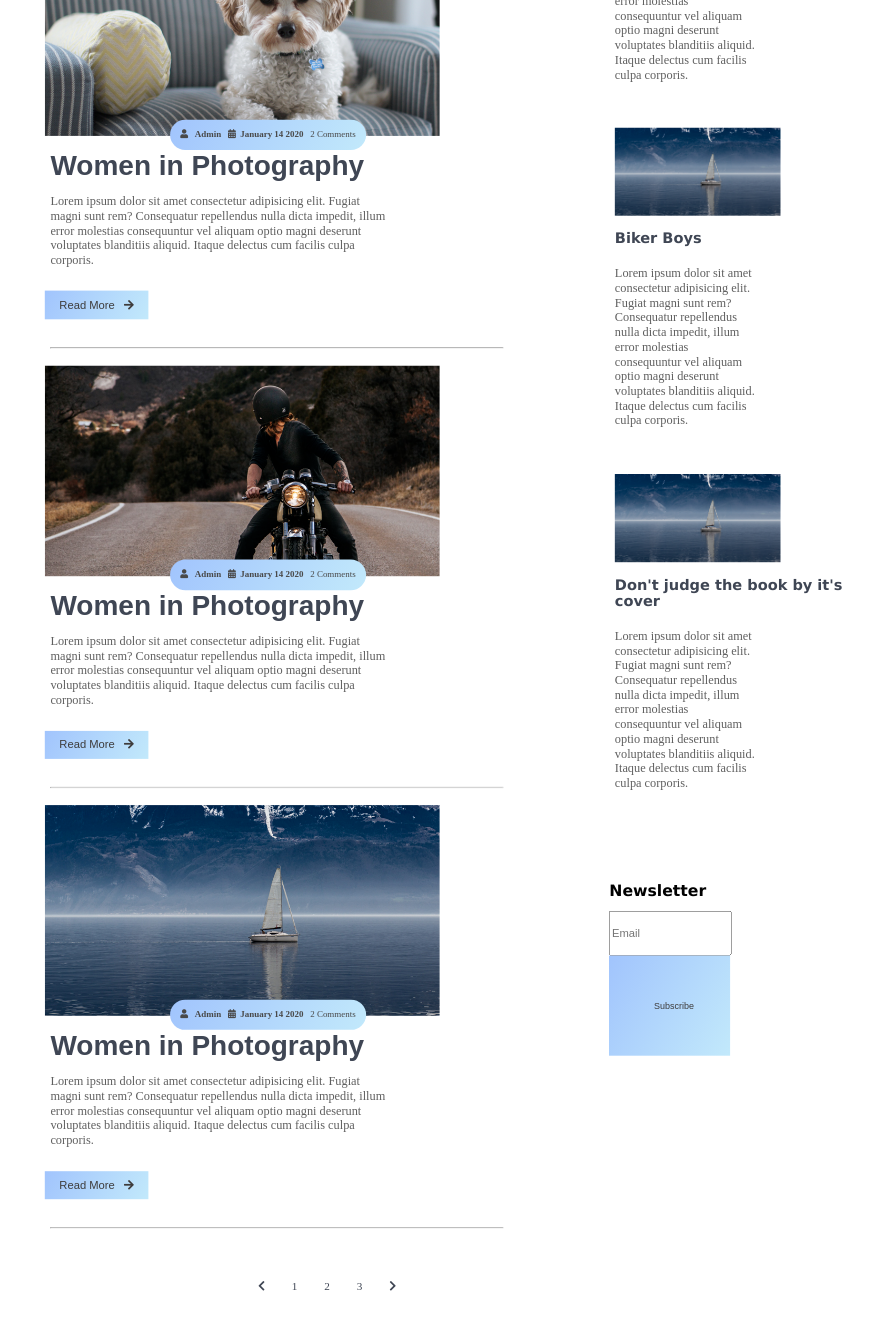
Repository: premjawaharp/Blogsite
Page: index.html
These files come from the project's save history. The page is drawn as it stood at one moment and after a run of saves; the edit follows.
The browser window is 1280 px wide. The pictures show the part of the page from y = 2033 to 3953 px (the page is 3953 px tall), at 70% of full size.

Above is the page before, as saved 2020-09-16 21:29:51.

### index.html
<!DOCTYPE html>
<html lang="en">
<head>
    <meta charset="UTF-8">
    <meta name="viewport" content="width=device-width, initial-scale=1.0">
    <title>Blogger</title>

    <!--Font Awesome style-->
    <link rel="stylesheet" href="css/all.css">

    <!-- Owl Carousel style -->
    <link rel="stylesheet" href="./css/owl.carousel.min.css">
    <link rel="stylesheet" href="./css/owl.theme.default.css">

    <!--Custom style-->
    <link rel="stylesheet" href="css/style.css">
</head>
<body>
    <!------------- Navigation ------------------>
   <nav class="nav">
        <div class="nav-menu flex-row">
            <div class="nav-brand">
                <a href="#" class="text-gray">Premonation</a>
            </div>
            <div class="toggle-collapse">
                <div class="toggle-icons">
                    <i class="fas fa-bars"></i>
                </div>
            </div>
            <div>
                <ul class="nav-items">
                    <li class="nav-link">
                        <a href="#">Home</a>
                    </li>
                    <li class="nav-link">
                        <a href="#">Category</a>
                    </li>
                    <li class="nav-link">
                        <a href="#">Archive</a>
                    </li>
                    <li class="nav-link">
                        <a href="#">Pages</a>
                    </li>
                    <li class="nav-link">
                        <a href="#">Contact Us</a>
                    </li>
                </ul>
            </div>
            <div class="social text-gray">
                    <a href="#"><i class="fab fa-facebook-f"></i></a>
                    <a href="#"><i class="fab fa-instagram"></i></a>
                    <a href="#"><i class="fab fa-twitter"></i></a>
                    <a href="#"><i class="fab fa-youtube"></i></a>
            </div>
        </div>
    </nav>
    <!-----x------- Navigation --------x--------->

    <!-- Main site section -->
    <main>
        <!---- Site title ---->
        <section class="site-title">
            <div class="site-background">
                <h3>Tours & Travels</h3>
                <h1>Amazing Place on Earth</h1>
                <button class="btn">Explore</button>
            </div>
        </section>
        <!-- x Site title x -->
        <!-- Blog Carousel content -->
        <section>
            <div class="blog">
                <div class="container">
                    <div class="owl-carousel owl-theme blogpost">
                        <div class="blog-content">
                            <img src="./assets/Blog-post/post-1.jpg" alt="post1">
                            <div class="blog-title">
                                <h3>London Fashion Week</h3>
                                <button class="btn">Fashion</button>
                            </div>
                        </div>
                        <div class="blog-content">
                            <img src="./assets/Blog-post/post-2.jpg" alt="post2">
                            <div class="blog-title">
                                <h3>London Fashion Week</h3>
                                <button class="btn">Fashion</button>
                            </div>
                        </div>
                        <div class="blog-content">
                            <img src="./assets/Blog-post/post-3.jpg" alt="post3">
                            <div class="blog-title">
                                <h3>London Fashion Week</h3>
                                <button class="btn">Fashion</button>
                            </div>
                        </div>
                        <div class="blog-content">
                            <img src="./assets/Blog-post/post-1.jpg" alt="post1">
                            <div class="blog-title">
                                <h3>London Fashion Week</h3>
                                <button class="btn">Fashion</button>
                            </div>
                        </div>

                    </div>
                    <div class="owl-navigation">
                        <span class="owl-nav-prev"><i class="fas fa-long-arrow-alt-left"></i></span>
                        <span class="owl-nav-next"><i class="fas fa-long-arrow-alt-right"></i></span>
                    </div>
                </div>
            </div>
        </section>
        <!-- x Blog Carousel content x -->

        <!---- Site Content ---->

        <section class="container">
            <div class="site-content">
                <div class="posts">
                    <div class="post-content">
                        <div class="post-image">
                            <div>
                                <img  src="./assets/Blog-post/blog1.png" class="img" alt="blog1">
                            </div>
                            <div class="post-info flex-row">
                                <span><i class="fas fa-user text-gray">&nbsp;&nbsp; Admin</i></span>&nbsp;
                                <span><i class="fas fa-calendar-alt text-gray">&nbsp;&nbsp;January 14 2020</i></span>&nbsp;
                                <span class="text-gray">2 Comments</span>
                            </div>
                        </div>
                        <div class="post-title">
                            <a href="#"><h1>Women in Photography</h1></a>
                            <p>Lorem ipsum dolor sit amet consectetur adipisicing elit.
                                Fugiat magni sunt rem? Consequatur repellendus nulla dicta impedit, illum error molestias consequuntur vel aliquam optio magni deserunt voluptates blanditiis aliquid. Itaque delectus cum facilis culpa corporis.</p>
                        </div>
                        <button class="btn post-btn">Read More &nbsp; <i class="fas fa-arrow-right"></i></button>
                    </div>
                    <hr>
                    <div class="post-content">
                        <div class="post-image">
                            <div>
                                <img  src="./assets/Blog-post/blog2.png" class="img" alt="blog">
                            </div>
                            <div class="post-info flex-row">
                                <span><i class="fas fa-user text-gray">&nbsp;&nbsp; Admin</i></span>&nbsp;
                                <span><i class="fas fa-calendar-alt text-gray">&nbsp;&nbsp;January 14 2020</i></span>&nbsp;
                                <span class="text-gray">2 Comments</span>
                            </div>
                        </div>
                        <div class="post-title">
                            <a href="#"><h1>Women in Photography</h1></a>
                            <p>Lorem ipsum dolor sit amet consectetur adipisicing elit.
                                Fugiat magni sunt rem? Consequatur repellendus nulla dicta impedit, illum error molestias consequuntur vel aliquam optio magni deserunt voluptates blanditiis aliquid. Itaque delectus cum facilis culpa corporis.</p>
                        </div>
                        <button class="btn post-btn">Read More &nbsp; <i class="fas fa-arrow-right"></i></button>
                    </div>
                    <hr>
                    <div class="post-content">
                        <div class="post-image">
                            <div>
                                <img  src="./assets/Blog-post/blog3.png" class="img" alt="blog3">
                            </div>
                            <div class="post-info flex-row">
                                <span><i class="fas fa-user text-gray">&nbsp;&nbsp; Admin</i></span>&nbsp;
                                <span><i class="fas fa-calendar-alt text-gray">&nbsp;&nbsp;January 14 2020</i></span>&nbsp;
                                <span class="text-gray">2 Comments</span>
                            </div>
                        </div>
                        <div class="post-title">
                            <a href="#"><h1>Women in Photography</h1></a>
                            <p>Lorem ipsum dolor sit amet consectetur adipisicing elit.
                                Fugiat magni sunt rem? Consequatur repellendus nulla dicta impedit, illum error molestias consequuntur vel aliquam optio magni deserunt voluptates blanditiis aliquid. Itaque delectus cum facilis culpa corporis.</p>
                        </div>
                        <button class="btn post-btn">Read More &nbsp; <i class="fas fa-arrow-right"></i></button>
                    </div>
                    <hr>
                    <div class="post-content">
                        <div class="post-image">
                            <div>
                                <img  src="./assets/Blog-post/blog4.png" class="img" alt="blog3">
                            </div>
                            <div class="post-info flex-row">
                                <span><i class="fas fa-user text-gray">&nbsp;&nbsp; Admin</i></span>&nbsp;
                                <span><i class="fas fa-calendar-alt text-gray">&nbsp;&nbsp;January 14 2020</i></span>&nbsp;
                                <span class="text-gray">2 Comments</span>
                            </div>
                        </div>
                        <div class="post-title">
                            <a href="#"><h1>Women in Photography</h1></a>
                            <p>Lorem ipsum dolor sit amet consectetur adipisicing elit.
                                Fugiat magni sunt rem? Consequatur repellendus nulla dicta impedit, illum error molestias consequuntur vel aliquam optio magni deserunt voluptates blanditiis aliquid. Itaque delectus cum facilis culpa corporis.</p>
                        </div>
                        <button class="btn post-btn">Read More &nbsp; <i class="fas fa-arrow-right"></i></button>
                    </div>
                    <hr>
                    <div class="pagination flex-row">
                        <a href="#"><i class="fas fa-chevron-left"></i></a>
                        <a href="#" class="page">1</a>
                        <a href="#" class="page">2</a>
                        <a href="#" class="page">3</a>
                        <a href="#" ><i class="fas fa-chevron-right"></i></a>
                    </div>
                </div>
                <aside class="sidebar">
                    <div class="category">
                        <h3>Category</h3>
                        <ul class="category-list">
                            <li class="list-items">
                                <a href="#">Software</a>
                                <span>(05)</span>
                            </li>
                            <li class="list-items">
                                <a href="#">Technology</a>
                                <span>(03)</span>
                            </li>
                            <li class="list-items">
                                <a href="#">Lifestyle</a>
                                <span>(02)</span>
                            </li>
                            <li class="list-items">
                                <a href="#">Shopping</a>
                                <span>(06)</span>
                            </li>
                            <li class="list-items">
                                <a href="#">Food</a>
                                <span>(04)</span>
                            </li>
                        </ul>
                    </div>
                    <div class="popular-post">
                        <h3>Popular Posts</h3>
                        <div class="post-content">
                            <div class="post-image">
                                <div>
                                    <img  src="./assets/Blog-post/blog4.png" class="img" alt="blog3">
                                </div>

                            </div>
                            <div class="post-title">
                                <a href="#"><h4>Women in Photography</h4></a>
                                <p>Lorem ipsum dolor sit amet consectetur adipisicing elit.
                                    Fugiat magni sunt rem? Consequatur repellendus nulla dicta impedit, illum error molestias consequuntur vel aliquam optio magni deserunt voluptates blanditiis aliquid. Itaque delectus cum facilis culpa corporis.</p>
                            </div>
                        </div>
                        <div class="post-content">
                            <div class="post-image">
                                <div>
                                    <img  src="./assets/Blog-post/blog4.png" class="img" alt="blog3">
                                </div>
                            </div>
                            <div class="post-title">
                                <a href="#"><h4>Biker Boys</h4></a>
                                <p>Lorem ipsum dolor sit amet consectetur adipisicing elit.
                                    Fugiat magni sunt rem? Consequatur repellendus nulla dicta impedit, illum error molestias consequuntur vel aliquam optio magni deserunt voluptates blanditiis aliquid. Itaque delectus cum facilis culpa corporis.</p>
                            </div>
                        </div>
                        <div class="post-content">
                            <div class="post-image">
                                <div>
                                    <img  src="./assets/Blog-post/blog4.png" class="img" alt="blog3">
                                </div>
                            </div>
                            <div class="post-title">
                                <a href="#"><h4>Don't judge the book by it's cover</h4></a>
                                <p>Lorem ipsum dolor sit amet consectetur adipisicing elit.
                                    Fugiat magni sunt rem? Consequatur repellendus nulla dicta impedit, illum error molestias consequuntur vel aliquam optio magni deserunt voluptates blanditiis aliquid. Itaque delectus cum facilis culpa corporis.</p>
                            </div>
                        </div>
                        <div class="news-letter">
                            <div class="news-form">
                                <h3>Newsletter</h3>
                                <div class="news-inputs">
                                    <input type="text" class='input-element' placeholder="Email">
                                    <button class="new-form-btn btn">Subscribe</button>
                                </div>

                            </div>
                        </div>

                    </div>
                </aside>

            </div>
        </section>
        <!-- x Site Content x -->

    </main>

    <!-- x Main site section x -->

    <!-- Jquery library -->
    <script src="js/jquery3.5.1.min.js"></script>
    <!-- Owl Carousel Js -->
    <script src="js/owl.carousel.min.js"></script>
    <!-- Custom javascript -->
    <script src="js/script.js"></script>



</body>
</html>

### css/style.css
@import url('./fonts.css');

html,body{
    margin: 0%;
    box-sizing: border-box;
    overflow-x: hidden;
}

:root{

    /*--------- theme font-family --------- */
    --Montserrat: Montserrat, 'Courier New';
    --Monsterrat-bold: Montserrat-Medium;
    --Anton-regular: Anton-Regular;

    /* theme color */
    --text-gray: #3f4654;
    --light-grey: rgb(73, 73, 73);
    --text-light: #5f5f5f;
    --bg-color: black;
    --white: white;
    --mild-grey: rgb(194, 197, 197);
    --midnight: rgb(21, 37, 37);

    /* --------gradient color -------- */
    --sky-blue: linear-gradient(to top, #fff1eb 0%, #ace0f9 100%);
    --mel-green: linear-gradient(to top, #c1dfc4 0%, #deecdd 100%);
    --rare-wind: linear-gradient(to top, #f8d8e8 0%, #c8eef5 100%);
    --water-sky: linear-gradient(120deg, #a1c4fd 0%, #c2e9fb 100%);;

}




/* --------global classes-------- */
a{
    text-decoration: none;
    color: var(--text-gray);
}

.flex-row{
    display: flex;
    flex-direction:row ;
    flex-wrap: wrap;
}

ul{
    list-style-type: none;
}

h1{
    font-family: sans-serif;
    font-size: 2.5rem;
}

h3{
    font-family: Geneva;
    font-size: 1.4rem;
}

h4{
    font-family: Geneva;
    font-size: 1.3rem;
}


button.btn{
    border: none;
    border-radius: 4rem;
    padding: 1rem 3rem;
    font-family: sans-serif;
    font-size: 1rem;
    color: rgb(62, 60, 60);
    cursor: pointer;
}

.container{
    margin: 0 5vw;
}

.text-gray{
    color: var(--light-grey);
}

p{
    color: var(--text-light);
    font-size: 1.1rem;
    margin-right: 40%;
}

/* ----x----global classes---x----- */



/* --------navbar-------- */
.nav {
   background: white;
    padding: 0 2rem;
    height: 0rem;
    min-height: 8vh;
    overflow: hidden;
    transition: .5s ease-in;
}
.nav-brand {
    font-size: 1.6rem;
    padding: 1.6rem 0;
    font-family: var(--Monsterrat-bold) ;
}

.nav .nav-menu{
    justify-content: space-between;
    font-family: var(--Montserrat)
}

.nav .toggle-collapse{
    position: absolute;
    top:0%;
    width: 90%;
    cursor: pointer;
    display: none;
}
.nav .toggle-collapse .toggle-icons{
    display: flex;
    justify-content: flex-end;
    padding: 1.7rem 0;
}
.nav .toggle-collapse .toggle-icons i{
    font-size: 1.4rem;
    color: var(--midnight);
}


.collapse{
    height: 30rem;
}

.nav .nav-items{
    display: flex;
    margin: 0;
    padding: .5rem;

}
.nav-link{
    padding: 1.6rem 1rem;
    font-size: 1.1rem;
    position: relative;
}
.nav-link:hover{
    background-color: rgb(52, 65, 62);
}

.collapse{
    height: 30rem;
}
.nav-link:hover a{
    color: white
}

.nav .social{
    padding: 2rem;
}

.nav .social i{
    padding: 0 .3rem;
}
.nav .social i:hover{
    color: var(--mild-grey)
}

/* ----x----navbar----x---- */

/* Main Content */


/* --- Site title --- */

main .site-title{
    background:url('../assets/Background-image.png');
    background-size: cover;
    height: 100vh;
    display: flex;
    justify-content: center;
}

main .site-title .site-background{
    padding: 10rem;
    text-align: center;
    color: var(--white);
}

main .site-title h1,h3{
    margin: .3rem;
}
main .site-title .btn{
    margin: 1.8rem;
    background: var(--sky-blue);
}

main .site-title .btn:hover{
    background: transparent ;
    border:1px solid rgb(207, 226, 179);
    color:whitesmoke
}

/* ---x Site title x--- */

/*---- blog-carousal -----*/
main .blog{
    background: url('../assets/Abract01.png');
    background-repeat: no-repeat;
    background-position: right;
    height: 70vh;
    width: 100%;
    background-size: 55%;

}

main .blog .blogpost{
    padding-top: 6rem;
}

main .blog .blog-content{
    display: flex;
    flex-direction: column;
    text-align: center;
    width: 70%;
    margin: 3rem 2rem;
    box-shadow: 0 15px 20px grey;
}

main .blog-content .blog-title{
    padding: 2rem 0;
}

main .blog-content .btn{
    background: var(--rare-wind);
    margin: .5rem;
}

section .container .owl-nav{
    position: absolute;
    top:10%;
    width: 100%;
}

section .container .owl-nav .owl-nav-prev,
.container .owl-nav .owl-nav-next{
    color: rgb(78, 77, 77);
    font-size: 2rem;
    background: transparent;
}

.owl-theme .owl-nav [class*='owl-']:hover {
    background: transparent;
    color:grey;
    text-decoration: none;
    outline: none;

}

/*---x blog-carousal x----*/

/* Site Content */
main .site-content{
    display: grid;
    grid-template-columns: 70% 30%;
}

main .post-content .post-title a{
    width: 100%;
    margin-bottom: 5rem;
}
main .post-content .post-title h1{
   margin:0rem
}
/* x Site Content x */

.post-image, .post-title{
    padding: 1rem 0rem;
    position: relative;

}

main .site-content .post-content > .post-image .post-info{
    background: var(--water-sky);
    padding: .7rem;
    font-size: .8rem;
    position: absolute;
    bottom: 0%;
    left: 14vw;
    border-radius: 4rem;

}

main .site-content .post-content > .post-image div{
    overflow: hidden;
}

main .site-content .post-content > .post-image .img{
    width: 70%;
    transition: all 1s ease;
}
main .site-content .post-content > .post-image .img:hover{
    transform: scale(1.2);
}

main .site-content .post-content > .post-image .post-info span{
    margin: .2rem
}

main .post-content .post-title a{
    font-size: 1.5rem;
}

main .post-content{
    width: 100%;
    padding-bottom: 2rem;

}

main .post-content .post-btn {
    border-radius: 0;
    padding: .7rem 1.3rem;
    margin-left: 0rem;
    background: var(--water-sky);
}

.site-content .pagination{
    justify-content: center;
    margin: 4rem 0;
}
.site-content .pagination a{
    padding: .6rem .9rem;
    border-radius: 2rem;
    margin:0 .3rem;
}

.site-content .pagination .page{

    color: var(--text-gray);
}

.site-content .pagination .page:hover{
    cursor: pointer;
    color: white;
    background:var(--text-gray);
}

/*--x Site Content x--*/

/* ---sidebar--- */
.site-content >.sidebar .category-list {
    padding: 0rem 0rem;
    margin: 0rem 0rem;
    width: 80%;
}
.site-content >.sidebar .category-list .list-items{
    background: var(--water-sky);
    padding: .7rem 1rem;
    margin:1rem 0rem;
    border-radius: 2rem;
    width: 60%;
    display: flex;
    justify-content: space-between;

}
.site-content > .sidebar .category-list .list-items:hover {
    cursor: pointer;
    transform: scale(1.1);
    transition: all .5s ease-in-out;
}

.site-content >.sidebar .category-list{
    font-family: sans-serif;
    color: var(--text-gray);
}
.site-content .posts hr{
    margin-left: .5rem;
    width: 80%;

}
.popular-post h3{
    padding-top: 4rem;
    padding-bottom: 1rem;
}
.popular-post h4{
    margin-top: 0rem;
}
.sidebar .popular-post .post-image,.post-title{
    padding-left: .5rem;
    padding-top: 0rem;
}
.news-form h3{
    margin:0rem;
    padding-bottom: 1rem;
}
.news-letter .news-form input{
    width: 13vw;
    height: 8vh;
    font-size: 1rem;
}
.news-inputs{
    display: flex;
    width: 50%;
    flex-direction: column;
}
main .news-letter .news-form .new-form-btn {
    border-radius: 0;
    padding: 4rem;
    background: var(--water-sky);
    font-size:1vw;
}




/* -x--sidebar--x- */
/* x Main Content x */
@media only screen and (max-width: 750px){
    .nav .nav-menu, .nav-items{
        flex-direction: column;
    }

    .nav .toggle-collapse{
        display: initial;
    }

}

/* viewoprt less than or equal to 750px */

### css/fonts.css
@font-face{
    font-family: Montserrat;
    src: url(../Montserrat/Montserrat-Light.ttf)
}
@font-face{
    font-family: Montserrat-Bold;
    src: url(../Montserrat/Montserrat-Bold.ttf)
}
@font-face{
    font-family: Montserrat-SemiBold;
    src: url(../Montserrat/Montserrat-SemiBold.ttf)
}
@font-face{
    font-family: Montserrat-Medium;
    src: url(../Montserrat/Montserrat-Regular.ttf)
}

@font-face{
    font-family: Anton-Regular;
    src: url(../Anton/Anton-Regular.ttf)
}

Loaded but not shown: css/all.css (library); css/owl.carousel.min.css (library); css/owl.theme.default.css (common file); js/jquery3.5.1.min.js (library); js/owl.carousel.min.js (library); js/script.js (26 lines, source omitted)

After the next 5 saves:
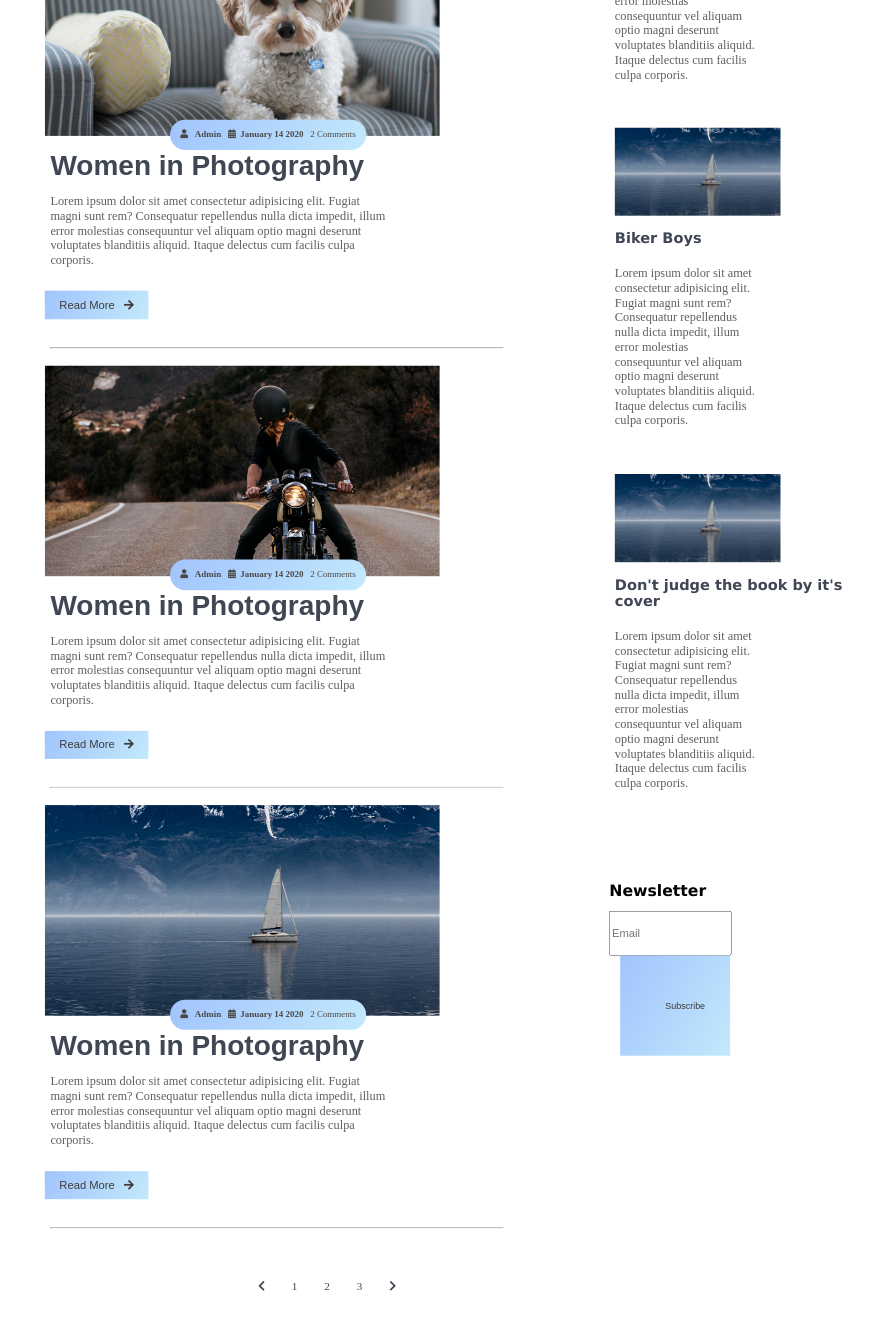
The 5 saves are shown as one change because they came seconds apart.
The last was saved 8 min 29 s later.
--- a/css/style.css
+++ b/css/style.css
@@ -408,6 +408,7 @@ main .post-content .post-btn {
 main .news-letter .news-form .new-form-btn {
     border-radius: 0;
     padding: 4rem;
+    margin-left: 1rem;
     background: var(--water-sky);
     font-size:1vw;
 }
